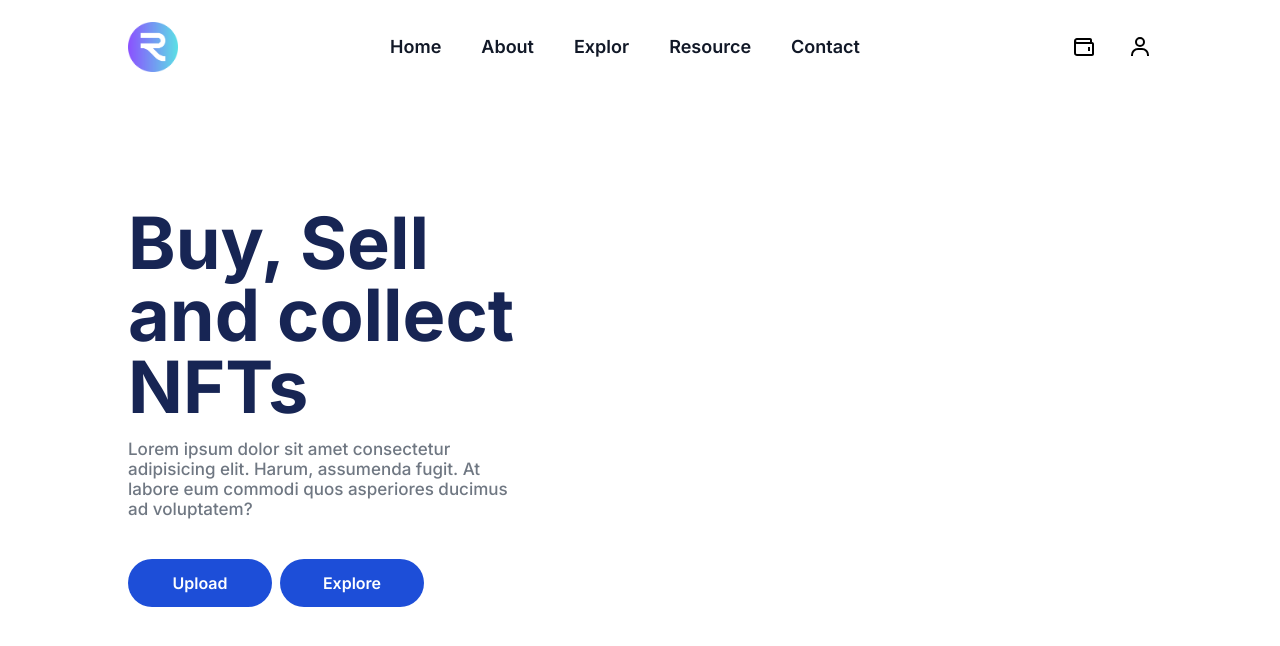
Repository: longblue2910/rimdasilva-ui
Page: /
An editor plug-in stored every save of this project. The page is shown before and after the next save, followed by the edit.
The browser window is 1280 px wide. The pictures show the whole page.
The project was rebuilt for these pictures with package versions that can differ from the ones it lists, and the page was loaded fresh each time. The framework's server and built-in components were replaced by stand-ins that run in the browser. Also part of the build but not shown: next.config.mjs.

Above is the page before, as saved 2024-08-09 17:13:06.

After the next save:
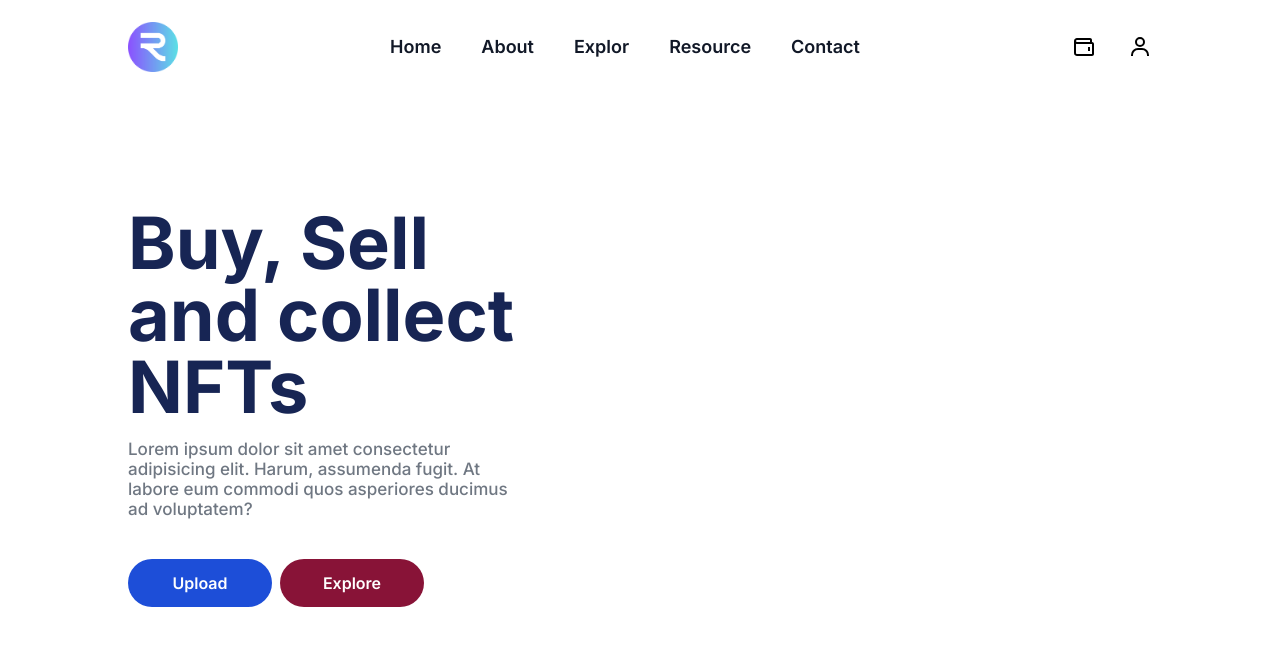
Saved 8 s later.
--- a/components/Home/Hero/Hero.tsx
+++ b/components/Home/Hero/Hero.tsx
@@ -18,7 +18,7 @@ const Hero = () => {
             <button className="w-36 rounded-full py-3 px-8 text-center bg-blue-700 font-semibold text-white transition-all hover:bg-blue-600">
               Upload
             </button>
-            <button className="w-36 rounded-full py-3 px-8 text-center bg-blue-700 font-semibold text-white transition-all hover:bg-blue-600">
+            <button className="w-36 rounded-full py-3 px-8 text-center bg-rose-900 font-semibold text-white transition-all hover:bg-blue-600">
               Explore
             </button>
           </div>
